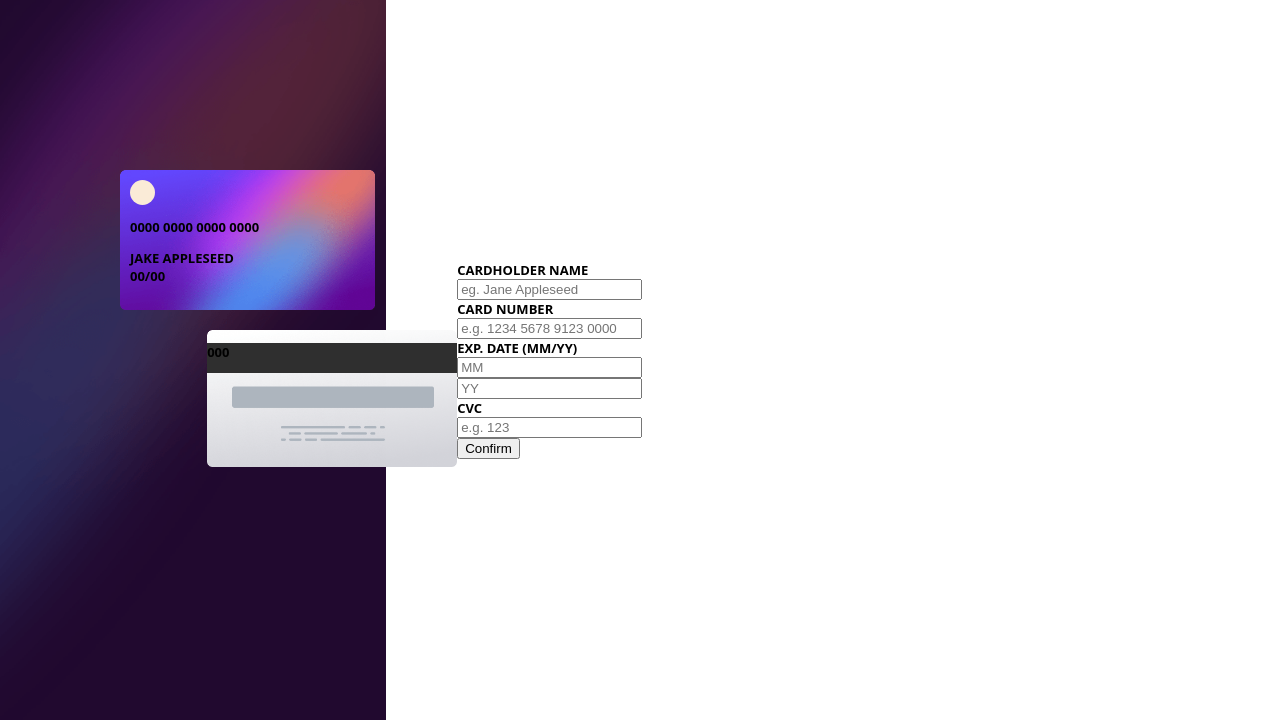
Repository: Celebration-cloud/my-project
Page: interactive-card-details-form-main/index.html
The author's editor kept a copy of each file at every save. The page is drawn from the files as they stood at one save, then again after the next save.
The browser window is 1280 px wide. The pictures show the whole page.

Above is the page before, as saved 2023-08-23 00:39:37.

### interactive-card-details-form-main/index.html
<!DOCTYPE html>
<html lang="en">
<head>
  <meta charset="UTF-8">
  <meta name="viewport" content="width=device-width, initial-scale=1.0"> <!-- displays site properly based on user's device -->

  <link rel="icon" type="image/png" sizes="32x32" href="./images/favicon-32x32.png">
  <link rel="stylesheet" href="index.css">

  <title>Frontend Mentor | Interactive card details form</title>

  <!-- Feel free to remove these styles or customise in your own stylesheet 👍 -->
  <style>
    .attribution { font-size: 11px; text-align: center; }
    .attribution a { color: hsl(228, 45%, 44%); }
  </style>
</head>
<body>
  <div class="container">
    <section id="section-a" class="section-a">
      <div id="card">
        <div id="profile"></div><span class="detail"></span>
        <p id="card-number">0000 0000 0000 0000</p>
        <div id="others">
          <div id="card-name">JAKE APPLESEED</div>
          <div id="exp-date">00/00</div>
        </div>
      </div>
      <div id="card-back">
        <p id="cvc-digit">000</p>
      </div>

    </section>
    <!-- Add your site or application content here -->
    <!-- Card Details Form Section-->
    <section id="section-b" class="section-b">
      <form action="">
        <label for="name" id="cardholder-numeber-label">CARDHOLDER NAME</label><br/>
        <input name="name" id="cardholder-numeber-input" aria-required="false" placeholder="eg. Jane Appleseed" required/><br/>
        <label for="card-number" id="card-number-label">CARD NUMBER</label><br/>
        <input name="card-number" id="card-number-input" type="tel" aria-required="false" placeholder="e.g. 1234 5678 9123 0000" required/><br/>
        <label for="expire-date" id="expire-date-label">EXP. DATE (MM/YY)</label><br/>
        <input name="expire-date" id="expire-date" type="tel" aria-required="false" placeholder="MM" required/><br/>
        <input name="expire-date" id="expire-date2" type="tel" aria-required="false" placeholder="YY" required/><br/>
        <label for="cvc" id="cvc-label">CVC</label><br/>
        <input name="cvc" aria-required="false" id="cvc" type="tel" placeholder="e.g. 123" required/><br/>
        <button type="submit">Confirm</button>
      </form>

    </section>
  </div>

  <!-- 0000 0000 0000 0000
  00/00

  000

  Cardholder Name
  e.g. Jane Appleseed

  Card Number
  e.g. 1234 5678 9123 0000

  Exp. Date (MM/YY)
  MM
  YY

  CVC
  e.g. 123

  Confirm -->

  <!-- Completed state start -->

  <!-- Thank you!
  We've added your card details
  Continue -->

  <!-- <div class="attribution">
    Challenge by <a href="https://www.frontendmentor.io?ref=challenge" target="_blank">Frontend Mentor</a>.
    Coded by <a href="#">Your Name Here</a>.
  </div> -->
</body>
</html>

### interactive-card-details-form-main/index.css
body{
    font-family: system-ui, -apple-system, BlinkMacSystemFont, 'Segoe UI', Roboto, Oxygen, Ubuntu, Cantarell, 'Open Sans', 'Helvetica Neue', sans-serif;
    font-weight: bolder;
    font-size: small;
    margin: 0;
    -webkit-user-select: none;
    user-select: none;
    padding: 0;
    background-image: url(images/bg-main-desktop.png);
    background-repeat: no-repeat;
    background-size: contain;
    height: 100%;
}
.container{
    display: flex;
    height: 100vh;
}
#section-a{
    align-self: center;
    width: 50%;
    gap: 20px;
    display: flex;
    flex-direction: column;

}
#card{
    background-image: url(images/bg-card-front.png);
    background-repeat: no-repeat;
    background-size: contain;
    width: 290px;
    height: 120px;
    border-radius: 5px;
    padding: 10px;
    margin-left: 120px;
    display: flex;
    flex-direction: column;
}
#profile{
    width: 25px;
    height: 25px;
    background-color: antiquewhite;
    border-radius: 100%;
}
#card-number{

}
#others{

}
#exp-date{

}
#card-back{
    background-image: url(images/bg-card-back.png);
    background-repeat: no-repeat;
    background-size: contain;
    width: 250px;
    height: 220px;
    border-radius: 5px;
    align-self: flex-end;
}
#cvc-digit{

}
#section-b{
    align-self: center;
    width: 90%;
}

After the next save:
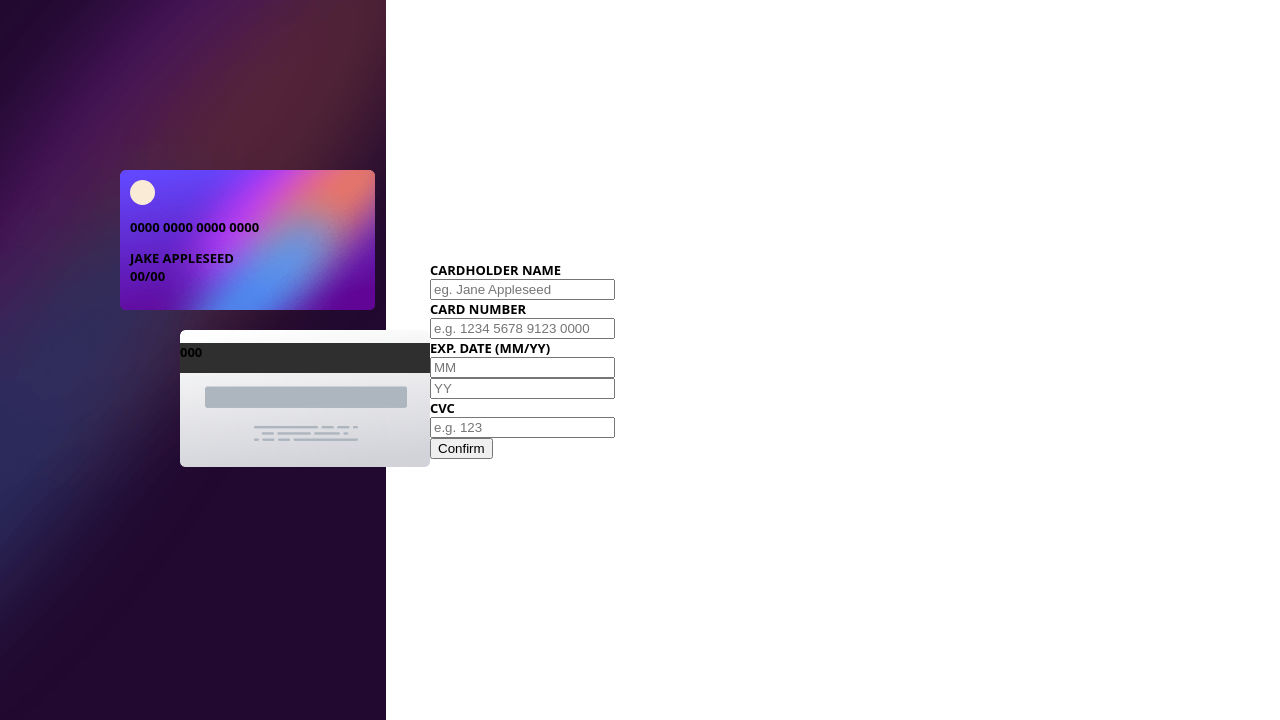
Saved 7 s later.
--- a/interactive-card-details-form-main/index.css
+++ b/interactive-card-details-form-main/index.css
@@ -64,5 +64,5 @@ body{
 }
 #section-b{
     align-self: center;
-    width: 90%;
+    width: 100%;
 }
